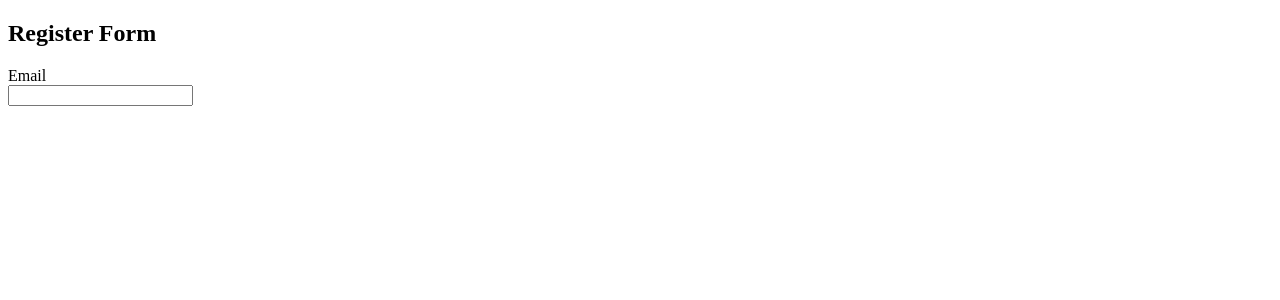
Repository: nptg3105/Register-form
Page: index.html
An editor plug-in stored every save of this project. The page is shown before and after the next save, followed by the edit.
The browser window is 1280 px wide. The pictures show the whole page.
Some web libraries are served in a nearby version.

Above is the page before, as saved 2022-01-05 21:38:46.

### index.html
<!DOCTYPE html>
<html lang="en">
  <head>
    <meta charset="UTF-8" />
    <meta http-equiv="X-UA-Compatible" content="IE=edge" />
    <meta name="viewport" content="width=device-width, initial-scale=1.0" />
    <title>Document</title>
    <link rel="stylesheet" href="style.css" />
  </head>
  <body>
    <div id="register-form"></div>

    <script
      src="https://unpkg.com/react@17/umd/react.production.min.js"
      crossorigin
    ></script>
    <script
      src="https://unpkg.com/react-dom@17/umd/react-dom.production.min.js"
      crossorigin
    ></script>
    <script src="https://unpkg.com/babel-standalone@6/babel.min.js"></script>
    <script type="text/babel" src="main.js"></script>
  </body>
</html>

### main.js
const registerForm = document.querySelector("#register-form");
const form = (
  <>
    <h2>Register Form</h2>
    <form>
      <label for="email">Email</label>
      <br />
      <input type="email" id="email" name="email" />
    </form>
  </>
);
ReactDOM.render(form, registerForm);

Loaded but not shown: style.css (no stored copy; drawn as an empty file)

After the next save:
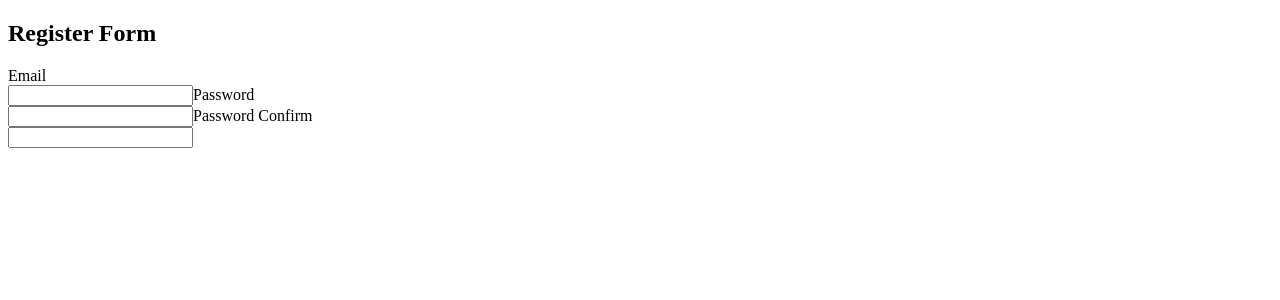
Saved 77 s later.
--- a/main.js
+++ b/main.js
@@ -5,7 +5,13 @@ const form = (
     <form>
       <label for="email">Email</label>
       <br />
-      <input type="email" id="email" name="email" />
+      <input type="email" id="email" name="mail" />
+      <label for="password">Password</label>
+      <br />
+      <input type="password" id="password" name="pass" />
+      <label for="password-confirm">Password Confirm</label>
+      <br />
+      <input type="password" id="password-confirm" name="pass-confirm" />
     </form>
   </>
 );
